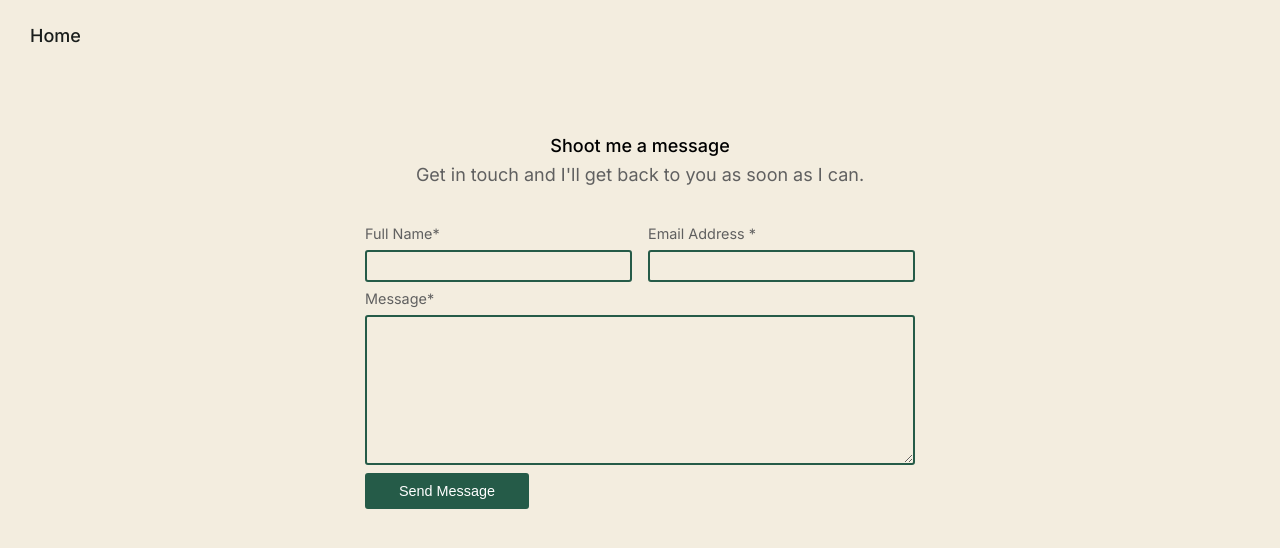
Repository: David-Waite/David-Waite-Portfolio
Page: /contact
An editor plug-in stored every save of this project. The page is shown before and after the next save, followed by the edit.
The browser window is 1280 px wide. The pictures show the whole page.
The project was rebuilt for these pictures with package versions that can differ from the ones it lists, and the page was loaded fresh each time. The framework's server and built-in components were replaced by stand-ins that run in the browser. Also part of the build but not shown: next.config.js, app/components/Nav/NavButton/navButton.module.css, app/components/Nav/NavButton/NavButton.tsx.

Above is the page before, as saved 2023-07-26 20:15:26.

After the next save:
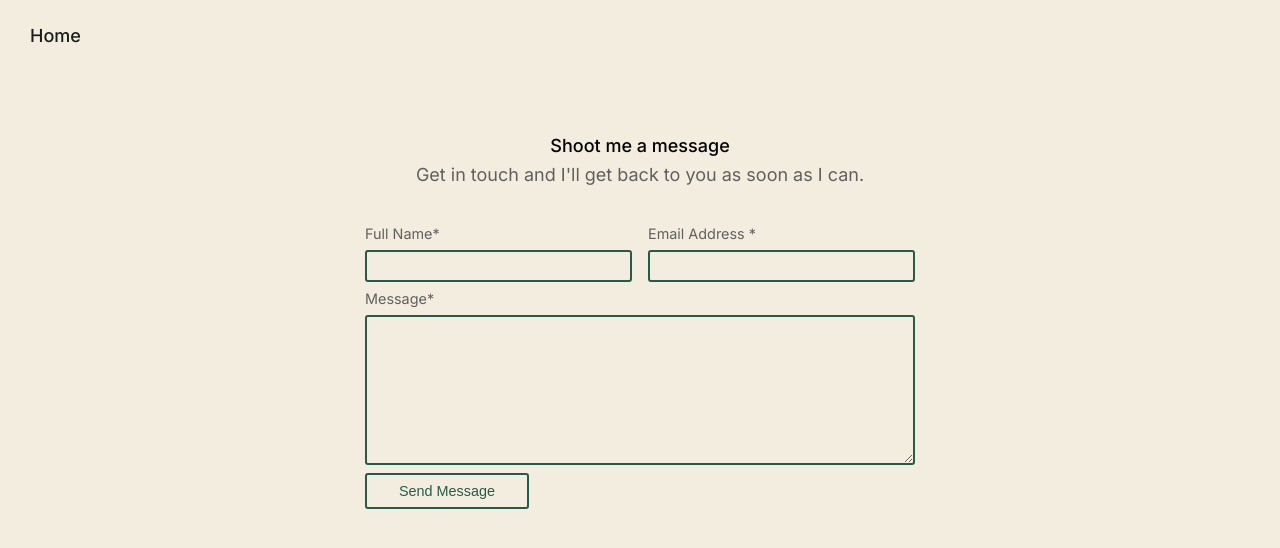
Saved 27 s later.
--- a/app/components/Contact/contact.tsx
+++ b/app/components/Contact/contact.tsx
@@ -92,7 +92,7 @@ export const Contact = () => {
 
         <button
           type="submit"
-          className={`${styles.button} ${styles.btnSent}`}
+          className={`${styles.button} ${styles.btnError}`}
           disabled={disabled}
         >
           Send Message

After the 3 saves that followed:
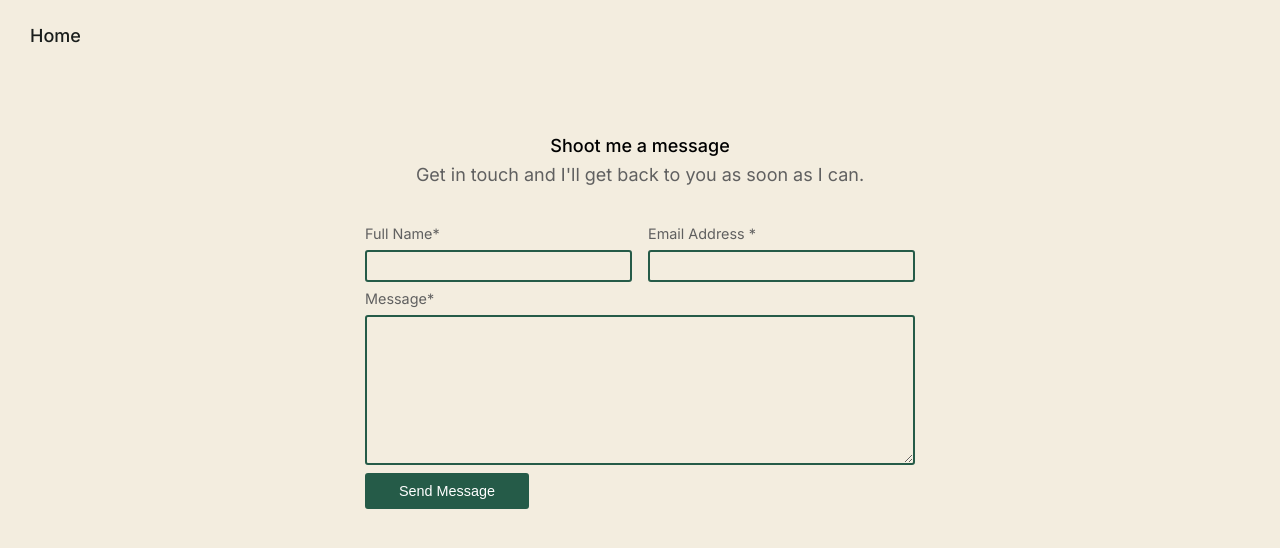
The 3 saves are shown as one change because 1 left the picture as it was and some came seconds apart.
The last was saved 19 s later.
--- a/app/components/Contact/contact.module.css
+++ b/app/components/Contact/contact.module.css
@@ -151,6 +151,12 @@
   color: var(--white) !important;
   background-color: var(--primary) !important;
 }
+
+.btnError {
+  color: var(--white) !important;
+  background-color: var(--primary) !important;
+}
+
 @media (max-width: 600px) {
   .container {
     padding: 10px;
